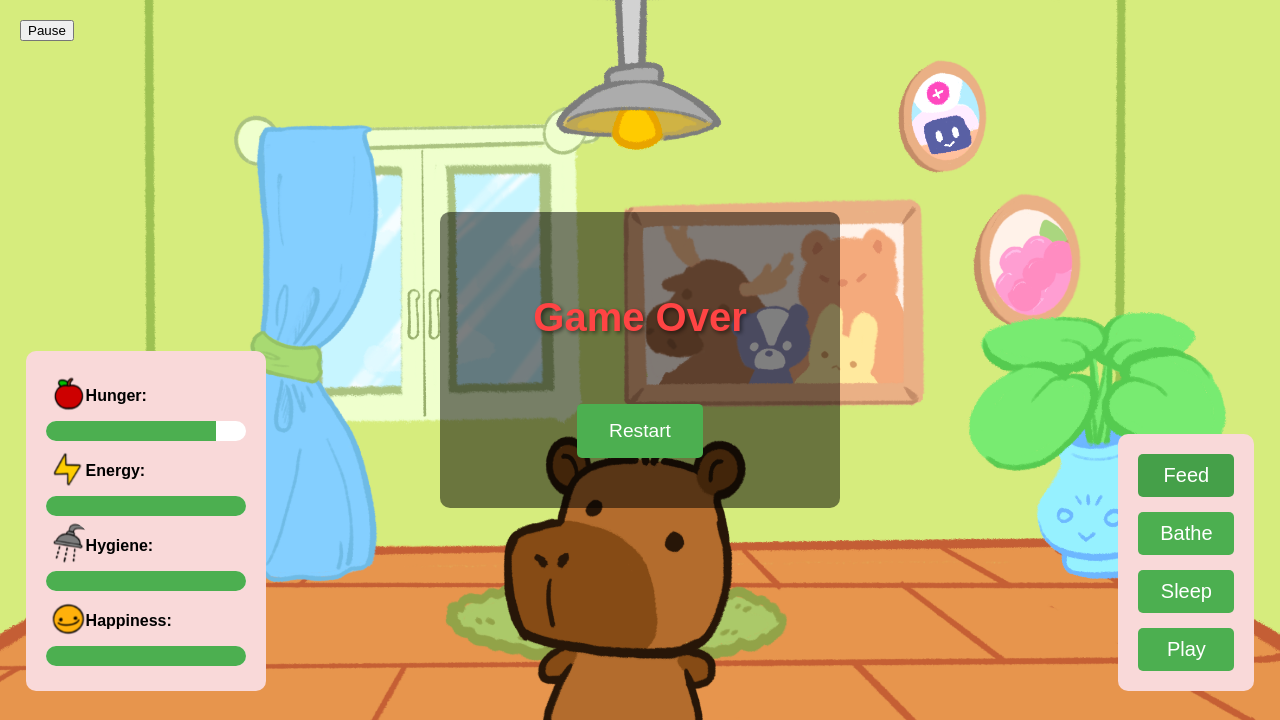
Repository: sarahjx/CapyCare
Page: html/index.html
The author's editor kept a copy of each file at every save. The page is drawn from the files as they stood at one save, then again after the next save.
The browser window is 1280 px wide. The pictures show the whole page.
The pointer rests on the first visible `button`.
Some web fonts or font styles are not loaded; a fallback is used.

Above is the page before, as saved 2025-05-01 14:57:41.
Console error: TypeError: Cannot set properties of null (setting 'innerText')

### html/index.html
<!-- @format -->

<!DOCTYPE html>
<html lang="en">
  <head>
    <meta charset="UTF-8" />
    <meta name="viewport" content="width=device-width, initial-scale=1.0" />
    <title>Virtual Pet Game</title>
    <link rel="preconnect" href="https://fonts.googleapis.com">
    <link rel="preconnect" href="https://fonts.gstatic.com" crossorigin>
    <link href="https://fonts.googleapis.com/css2?family=McLaren&display=swap" rel="stylesheet">
    <link rel="stylesheet" href="../css/statusbar.css" />
  </head>
  <body>

    <div class="pet-container">
      <img class="pet-image" src="../images/capybara.png" alt="capybara" />
    </div>

    <div class="status-bar-container">

      <div class="status-bar">
        <div class="status-icon-container">
        <span class="hunger-icon"><img src="../images/hunger.svg" alt="hunger icon"></span>
        <span class="status-label">Hunger:</span>
        </div>
        <div class="status-progress">
          <div id="hunger-fill" class="status-fill"></div>
        </div>
        <div id="hunger-warning" class="warning"></div>
      </div>

      <div class="status-bar">
        <div class="status-icon-container">
        <span class="energy-icon"><img src="../images/energy.svg" alt="energy icon"></span>
        <span class="status-label">Energy:</span>
        </div>
        <div class="status-progress">
          <div id="energy-fill" class="status-fill"></div>
        </div>
        <div id="energy-warning" class="warning"></div>
      </div>

      <div class="status-bar">
        <div class="status-icon-container">
        <span class="hygiene-icon"><img src="../images/hygiene.svg" alt="hygiene icon"></span>
        <span class="status-label">Hygiene:</span>
        </div>
        <div class="status-progress">
          <div id="hygiene-fill" class="status-fill"></div>
        </div>
        <div id="hygiene-warning" class="warning"></div>
      </div>

      <div class="status-bar">
        <div class="status-icon-container">
        <span class="happiness-icon"><img src="../images/happiness.svg" alt="hygiene icon"></span>
        <span class="status-label">Happiness:</span>
        </div>
        <div class="status-progress">
          <div id="happiness-fill" class="status-fill"></div>
        </div>
        <div id="happiness-warning" class="warning"></div>
      </div>
    </div>

      <div class="action-buttons">
        <button class="action-button" onclick="feedPet(currentPet)">Feed</button>
        <button class="action-button" onclick="bathePet(currentPet)">Bathe</button>
        <button class="action-button" onclick="bedtime(currentPet)">Sleep</button>
        <button class="action-button" onclick="touchPet(currentPet)">Play</button>
      </div>
      <button class="pause-button" onclick="togglePause()" class="pause-button">
        Pause
      </button>
    </div>

    <div id="gameOverScreen" class="game-over-screen">
      <div class="game-over-content">
        <h2>Game Over</h2>
        <p id="gameOverMessage"></p>
        <button class="restart-button" onclick="resetGame()">Restart</button>
      </div>
    </div>

    <script src="../backend/status.js"></script>
  </body>
</html>

### css/statusbar.css
/** @format */

:root {
  --primary-color: #f9d9d9;
  --secondary-color: #d9e7f9;
  --tertiary-color: #fff1fb;
  --accent-color: #f7efd7;
  --text-color: #333;
  --spacing-xs: 0.5rem;
  --spacing-sm: 0.75rem;
  --spacing-md: 1rem;
  --spacing-lg: 1.5rem;
  --spacing-xl: 2rem;
  --spacing-xxl: 3rem;
  --font-family: "McLaren", sans-serif;
  --font-size-xs: 0.75rem;
  --font-size-sm: 0.875rem;
  --font-size-md: 1rem;
  --font-size-lg: 1.125rem;
  --font-size-xl: 1.25rem;
  --font-size-xxl: 1.5rem;
}

body {
  font-family: var(--font-family);
  margin: 0 auto;
  padding: 20px;
  background-image: url("../images/room.png");
  background-size: cover;
  background-repeat: no-repeat;
  background-attachment: fixed;
  background-position: center;
}

.pet-container {
  display: flex;
  flex-direction: column;
  align-items: center;
  justify-content: center;
}

.pet-image {
  transform: scale(0.3);
  position: fixed;
  margin-top: 1200px;
}

.status-bar-container {
  position: fixed;
  background-color: var(--primary-color);
  padding: 20px;
  border-radius: 10px;
  display: inline-flex;
  flex-direction: column;
  bottom: 4%;
  left: 2%;
}

.status-icon-container {
  display: flex;
  align-items: center;
  margin-bottom: 0;
}

.hunger-icon,
.energy-icon,
.happiness-icon,
.hygiene-icon {
  width: 10px;
  height: auto;
  margin-right: 30px;
}

.status-bar {
  margin: 0;
}

.status-label {
  display: inline-block;
  width: 100px;
  font-weight: bold;
  margin: 0;
}

.status-progress {
  width: 200px;
  height: 20px;
  background-color: #ffffff;
  border-radius: 10px;
  overflow: hidden;
  position: relative;
}

.status-fill {
  height: 100%;
  width: 100%;
  position: absolute;
  left: 0;
  top: 0;
  background-color: #4caf50;
  transition: width 0.3s ease;
}

.status-row {
  display: flex;
  align-items: center;
  gap: 10px;
  margin-bottom: 10px;
}

.status-icon {
  width: 24px;
  height: 24px;
}

.status-value {
  min-width: 50px;
  text-align: right;
  font-weight: bold;
  color: #333;
}

.action-buttons {
  margin-top: 20px;
  display: inline-flex;
  flex-direction: column;
  padding: 20px;
  border-radius: 10px;
  gap: 15px;
  background-color: var(--primary-color);
  position: fixed;
  right: 2%;
  bottom: 4%;
}

.action-button {
  padding: 10px;
  border: none;
  border-radius: 5px;
  background-color: #4caf50;
  color: white;
  cursor: pointer;
  transition: background-color 0.3s;
  width: 6rem;
  font-family: var(--font-family);
  font-weight: 7pt;
  font-size: var(--font-size-xl);
}

.restart-button {
  pas
}

button:hover {
  background-color: #45a049;
}

.warning {
  color: #ff9800;
  font-weight: bold;
  margin-top: 5px;
}

.critical {
  color: #f44336;
  font-weight: bold;
  margin-top: 5px;
}

.hidden {
  display: none;
}

.game-over-overlay {
  position: fixed;
  top: 0;
  left: 0;
  right: 0;
  bottom: 0;
  width: 100vw;
  height: 100vh;
  background-color: rgba(0, 0, 0, 0.2);
  display: none;
  z-index: 1000;
  margin: 0;
  padding: 0;
}

.game-over-content {
  position: fixed;
  display: flex;
  flex-direction: column;
  justify-content: center;
  align-items: center;
  left: 50%;
  top: 50%;
  transform: translate(-50%, -50%);
  padding: 50px;
  background-color: rgba(0, 0, 0, 0.5);
  color: white;
  border-radius: 10px;
  z-index: 1001;
  min-width: 300px;
}

.game-over-content h2 {
  color: #ff4444;
  font-size: 2.5rem;
  text-align: center;
  margin-bottom: 2rem;
  text-shadow: 2px 2px 4px rgba(0, 0, 0, 0.5);
}

.game-over-content button {
  padding: 1rem 2rem;
  font-size: 1.2rem;
  background-color: #4caf50;
  color: white;
  border: none;
  border-radius: 5px;
  cursor: pointer;
  transition: background-color 0.3s;
}

.game-over-content button:hover {
  background-color: #45a049;
}

### backend/status.js
/** @format */

function Personality(favFood, active, clean, clingy, foodLover, introText) {
  this.favFood = favFood;
  this.active = active;
  this.clean = clean;
  this.clingy = clingy;
  this.foodLover = foodLover;
  this.intro = introText;
}

const mix1 = new Personality(
  "Sunfruit",
  true,
  true,
  true,
  true,
  "This pet is energetic and playful, always ready to explore or play. They love the taste of Sunfruit and will happily eat it when offered, but they'll need constant attention, so expect lots of petting and cuddling. Despite their active nature, they stay clean and are easy to bathe. This pet loves affection and will return it in kind!"
);
const mix2 = new Personality(
  "Snakberry",
  true,
  true,
  false,
  true,
  "This pet is full of energy and loves to make the most of their days. They are particularly fond of Snakberries, which they will devour happily, but they tend to get hungry more often due to their high energy levels. Despite their active nature, they keep themselves clean and are easy to bathe. They're not overly clingy, so while they'll happily spend time with you, they won't be demanding affection constantly."
);
const mix3 = new Personality(
  "Dreamleaf",
  false,
  false,
  true,
  false,
  "This pet is laid-back and enjoys spending time with you, always seeking your company. They love Dreamleaf as a treat, but they're not particularly food-driven and don't get hungry as often. While they may get a little dirty from time to time, they tend to move around when you try to bathe them. Expect them to seek out your attention frequently, and be ready to shower them with love when they come to you for pets."
);

const personalities = [mix1, mix2, mix3];

// Global variables
let currentPet = null;
let hunger = 100;
let energy = 100;
let hygiene = 100;
let happiness = 100;
let isGameOver = false;
let isPaused = false;

// Store interval IDs globally
let hungerInterval = null;
let energyInterval = null;
let hygieneInterval = null;
let happinessInterval = null;

// Initialize the game
function initializeGame() {
  currentPet = getRandomPersonality();
  hunger = 100;
  energy = 100;
  hygiene = 100;
  happiness = 100;
  updateStatusBars();
  updateIntervals();
}

function getRandomPersonality() {
  const randomIndex = Math.floor(Math.random() * personalities.length);
  currentPet = personalities[randomIndex];
  console.log("New pet initialized:", currentPet.intro);
  return currentPet;
}

// Personality-based status decrease functions
function decreaseHunger() {
  if (!currentPet || isGameOver) return;
  const decreaseAmount = currentPet.foodLover ? 15 : 10;
  hunger = Math.max(0, hunger - decreaseAmount);
  updateStatusBars();
  if (hunger === 0 && checkGameOver()) return;
}

function decreaseEnergy() {
  if (!currentPet || isGameOver) return;
  const decreaseAmount = currentPet.active ? 15 : 10;
  energy = Math.max(0, energy - decreaseAmount);
  updateStatusBars();
  if (energy === 0 && checkGameOver()) return;
}

function decreaseHygiene() {
  if (!currentPet || isGameOver) return;
  const decreaseAmount = currentPet.clean ? 8 : 12;
  hygiene = Math.max(0, hygiene - decreaseAmount);
  updateStatusBars();
  if (hygiene === 0 && checkGameOver()) return;
}

function decreaseHappiness() {
  if (!currentPet || isGameOver) return;
  const decreaseAmount = currentPet.clingy ? 15 : 10;
  happiness = Math.max(0, happiness - decreaseAmount);
  updateStatusBars();
  if (happiness === 0 && checkGameOver()) return;
}

// Update intervals with personality-based timing
function updateIntervals() {
  // Clear any existing intervals
  if (hungerInterval) clearInterval(hungerInterval);
  if (energyInterval) clearInterval(energyInterval);
  if (hygieneInterval) clearInterval(hygieneInterval);
  if (happinessInterval) clearInterval(happinessInterval);

  // Set new intervals based on personality
  hungerInterval = setInterval(
    () => {
      decreaseHunger();
      warning();
    },
    currentPet.foodLover ? 6000 : 8000
  );

  energyInterval = setInterval(
    () => {
      decreaseEnergy();
      warning();
    },
    currentPet.active ? 8000 : 12000
  );

  hygieneInterval = setInterval(
    () => {
      decreaseHygiene();
      warning();
    },
    currentPet.clean ? 18000 : 15000
  );

  happinessInterval = setInterval(
    () => {
      decreaseHappiness();
      warning();
    },
    currentPet.clingy ? 8000 : 10000
  );

  console.log("Intervals updated for pet:", currentPet.intro);
}

// Pause game function
function pauseGame() {
  if (hungerInterval) clearInterval(hungerInterval);
  if (energyInterval) clearInterval(energyInterval);
  if (hygieneInterval) clearInterval(hygieneInterval);
  if (happinessInterval) clearInterval(happinessInterval);
  console.log("Game paused");
}

// Resume game function
function resumeGame() {
  updateIntervals();
  console.log("Game resumed");
}

function touchPet(personality) {
  if (personality.clingy) {
    gainStatus("happiness");
    console.log("Your pet loves the attention!");
  } else {
    loseStatus("happiness");
    console.log("Your pet prefers their space.");
  }
}

function feedPet(personality) {
  gainStatus("hunger"); // Always increase hunger
  if (personality.foodLover) {
    gainStatus("happiness");
    console.log("Your pet loves the food!");
  } else {
    loseStatus("happiness");
    console.log("Your pet isn't very interested in food.");
  }
}

function bathePet(personality) {
  gainStatus("hygiene"); // Always increase hygiene
  if (personality.clean) {
    gainStatus("happiness");
    console.log("Your pet enjoys being clean!");
  } else {
    loseStatus("happiness");
    console.log("Your pet doesn't like baths.");
  }
}

function bedtime(personality) {
  const petImage = document.querySelector(".pet-image");
  if (petImage) {
    // Store the current image to return to
    const currentImage = petImage.src;

    // Show sleeping animation
    petImage.src = "../images/Sleep.PNG";

    // After 3 seconds, restore the previous state
    setTimeout(() => {
      updatePetImage();
    }, 3000);
  }

  gainStatus("energy"); // Always increase energy
  if (personality.active) {
    loseStatus("happiness");
    console.log("Your pet is too energetic to sleep!");
  } else {
    gainStatus("happiness");
    console.log("Your pet enjoys resting.");
  }
}

function gainStatus(category) {
  switch (category) {
    case "hunger":
      if (hunger >= 100) {
        console.log("Hunger is full!");
      } else if (hunger < 100) {
        hunger += 10;
        console.log("Hunger: " + hunger);
      }
      break;
    case "energy":
      if (energy >= 100) {
        console.log("Energy is full!");
      } else if (energy < 100) {
        energy += 10;
        console.log("Energy: " + energy);
      }
      break;
    case "hygiene":
      if (hygiene >= 100) {
        console.log("Hygiene is full!");
      } else if (hygiene < 100) {
        hygiene += 10;
        console.log("Hygiene: " + hygiene);
      }
      break;
    case "happiness":
      if (happiness >= 100) {
        console.log("Happiness is full!");
      } else if (happiness < 100) {
        happiness += 10;
        console.log("Happiness: " + happiness);
      }
      break;
    default:
      console.log("Invalid category");
  }
}

function loseStatus(category) {
  switch (category) {
    case "hunger":
      if (hunger <= 0) {
        console.log("Hunger is empty!");
        hunger = 0;
      } else if (hunger > 0) {
        hunger -= 10;
        console.log("Hunger: " + hunger);
      }
      break;
    case "energy":
      if (energy <= 0) {
        console.log("Energy is empty!");
        energy = 0;
      } else if (energy > 0) {
        energy -= 10;
        console.log("Energy: " + energy);
      }
      break;
    case "hygiene":
      if (hygiene <= 0) {
        console.log("Hygiene is empty!");
        hygiene = 0;
      } else if (hygiene > 0) {
        hygiene -= 10;
        console.log("Hygiene: " + hygiene);
      }
      break;
    case "happiness":
      if (happiness <= 0) {
        console.log("Happiness is empty!");
        happiness = 0;
      } else if (happiness > 0) {
        happiness -= 3;
        console.log("Happiness: " + happiness);
      }
      break;
    default:
      console.log("Invalid category");
  }
}

function warning() {
  // Hunger warnings
  if (hunger <= 50 && hunger > 20) {
    document.getElementById("hunger-warning").textContent =
      "Your pet is getting hungry!";
    document.getElementById("hunger-warning").className = "warning";
  } else if (hunger <= 20 && hunger > 0) {
    document.getElementById("hunger-warning").textContent =
      "Your pet is starving!";
    document.getElementById("hunger-warning").className = "critical";
  } else {
    document.getElementById("hunger-warning").textContent = "";
  }

  // Energy warnings
  if (energy <= 50 && energy > 20) {
    document.getElementById("energy-warning").textContent =
      "Your pet is getting tired!";
    document.getElementById("energy-warning").className = "warning";
  } else if (energy <= 20 && energy > 0) {
    document.getElementById("energy-warning").textContent =
      "Your pet is exhausted!";
    document.getElementById("energy-warning").className = "critical";
  } else {
    document.getElementById("energy-warning").textContent = "";
  }

  // Hygiene warnings
  if (hygiene <= 50 && hygiene > 20) {
    document.getElementById("hygiene-warning").textContent =
      "Your pet needs a bath!";
    document.getElementById("hygiene-warning").className = "warning";
  } else if (hygiene <= 20 && hygiene > 0) {
    document.getElementById("hygiene-warning").textContent =
      "Your pet is filthy!";
    document.getElementById("hygiene-warning").className = "critical";
  } else {
    document.getElementById("hygiene-warning").textContent = "";
  }

  // Happiness warnings
  if (happiness <= 50 && happiness > 20) {
    document.getElementById("happiness-warning").textContent =
      "Your pet is getting sad!";
    document.getElementById("happiness-warning").className = "warning";
  } else if (happiness <= 20 && happiness > 0) {
    document.getElementById("happiness-warning").textContent =
      "Your pet is depressed!";
    document.getElementById("happiness-warning").className = "critical";
  } else {
    document.getElementById("happiness-warning").textContent = "";
  }
}

function checkGameOver() {
  if (hunger <= 0 || energy <= 0 || hygiene <= 0 || happiness <= 0) {
    isGameOver = true;
    pauseGame();
    showGameOver();
    return true;
  }
  return false;
}

function showGameOver() {
  let reason = "";
  if (hunger <= 0) reason = "Your pet starved to death!";
  else if (energy <= 0) reason = "Your pet died from exhaustion!";
  else if (hygiene <= 0) reason = "Your pet died from poor hygiene!";
  else if (happiness <= 0) reason = "Your pet died from sadness!";

  console.log("GAME OVER: " + reason);
  document.getElementById("gameOverMessage").textContent = reason;
  document.getElementById("gameOverOverlay").style.display = "block";
  document.getElementById("gameOverContent").style.display = "flex";
}

function resetGame() {
  isGameOver = false;
  hunger = 100;
  energy = 100;
  hygiene = 100;
  happiness = 100;
  document.getElementById("gameOverOverlay").style.display = "none";
  document.getElementById("gameOverContent").style.display = "none";
  currentPet = getRandomPersonality();
  updateStatusBars();
  updateIntervals();
}

function togglePause() {
  isPaused = !isPaused;
  const pauseButton = document.getElementById("pauseButton");
  const buttons = document.querySelectorAll(
    ".buttons button:not(#pauseButton)"
  );

  if (isPaused) {
    pauseButton.textContent = "Resume";
    pauseButton.classList.add("paused");
    buttons.forEach((button) => (button.disabled = true));
    pauseGame();
  } else {
    pauseButton.textContent = "Pause";
    pauseButton.classList.remove("paused");
    buttons.forEach((button) => (button.disabled = false));
    resumeGame();
  }
}

// Update status bars
function updateStatusBars() {
  // Update the width of each status bar
  document.getElementById("hunger-fill").style.width = hunger + "%";
  document.getElementById("energy-fill").style.width = energy + "%";
  document.getElementById("happiness-fill").style.width = happiness + "%";
  document.getElementById("hygiene-fill").style.width = hygiene + "%";

  // Update pet image based on status
  updatePetImage();
}

// Override console.log to update UI
const originalConsoleLog = console.log;
console.log = function () {
  originalConsoleLog.apply(console, arguments);
  updateStatusBars();
};

// Simple toggle function
function toggleActions() {
  document.getElementById("action-buttons-column").classList.toggle("hidden");
  document.getElementById("toggle-button").classList.toggle("hidden");
}

// Initialize the game when the page loads
window.addEventListener("load", function () {
  initializeGame();
  // Update status bars every second
  setInterval(updateStatusBars, 1000);
});

// stopwatch

let [hours, minutes, seconds] = [0, 0, 0];
let timer = null;

function updateDisplay() {
  document.getElementById("display").innerText =
    `${String(hours).padStart(2, "0")}:` +
    `${String(minutes).padStart(2, "0")}:` +
    `${String(seconds).padStart(2, "0")}`;
}

function stopwatch() {
  seconds++;
  if (seconds === 60) {
    seconds = 0;
    minutes++;
    if (minutes === 60) {
      minutes = 0;
      hours++;
    }
  }
  updateDisplay();
}

function start() {
  if (timer !== null) return;
  timer = setInterval(stopwatch, 1000);
}

function stop() {
  clearInterval(timer);
  timer = null;
}

function reset() {
  stop();
  [hours, minutes, seconds] = [0, 0, 0];
  updateDisplay();
}

updateDisplay();

function updatePetImage() {
  const petImage = document.querySelector(".pet-image");
  if (!petImage) return;

  // Check if any status is 0 (dead)
  if (hunger <= 0 || energy <= 0 || hygiene <= 0 || happiness <= 0) {
    petImage.src = "../images/Fuckingdead.PNG";
    return;
  }

  // Check for multiple states
  if (hunger <= 60 && hygiene <= 60 && energy <= 60) {
    petImage.src = "../images/Dirty:Hungry:Tired.PNG";
  } else if (hunger <= 60 && hygiene <= 60) {
    petImage.src = "../images/Dirty:hungry.PNG";
  } else if (hunger <= 60 && energy <= 60) {
    petImage.src = "../images/Hungry:Tired.PNG";
  } else if (hygiene <= 60 && energy <= 60) {
    petImage.src = "../images/Dirty:Tired.PNG";
  } else if (energy <= 60) {
    petImage.src = "../images/Sleepy.PNG";
  } else if (hunger <= 60) {
    petImage.src = "../images/Hungry.PNG";
  } else if (hygiene <= 60) {
    petImage.src = "../images/Dirty.PNG";
  } else {
    petImage.src = "../images/Idle.PNG";
  }
}

After the next save:
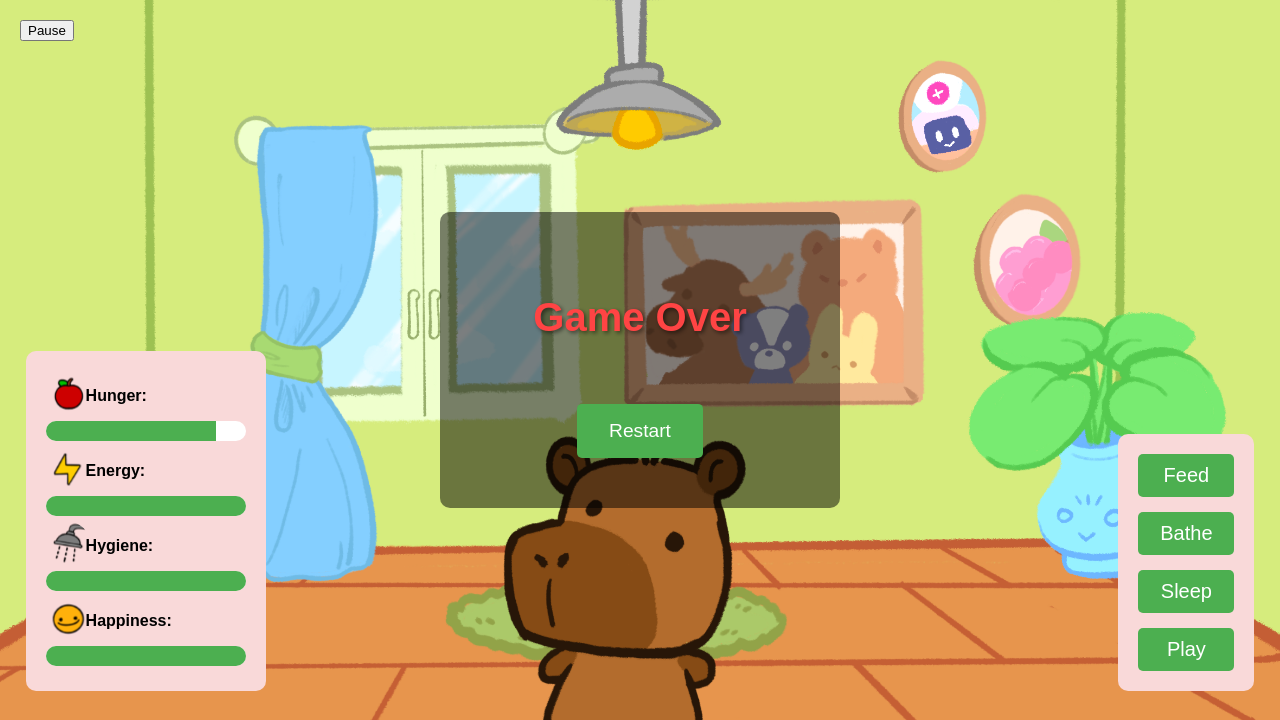
Saved 12 s later.
--- a/css/statusbar.css
+++ b/css/statusbar.css
@@ -151,7 +151,7 @@ body {
   pas
 }
 
-button:hover {
+.actionbutton:hover {
   background-color: #45a049;
 }
 
